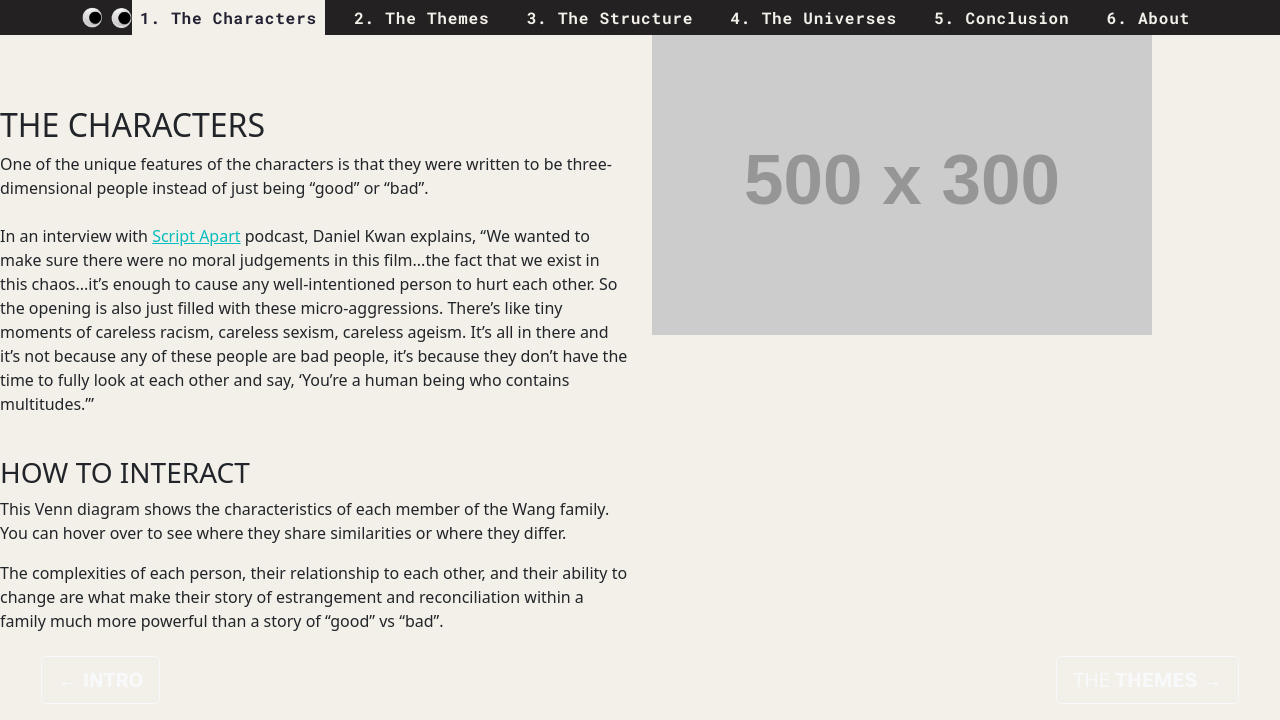
Repository: angelica-hom/msdv-thesis
Page: characters.html
The author's editor kept a record of every edit. The page is drawn from the files as they stood at one moment, then again after the next edit.
The browser window is 1280 px wide. The pictures show the whole page.

Above is the page before.

### characters.html
<!DOCTYPE html>
<html lang="en">
  <head>
    <meta charset="utf-8" />
    <meta name="viewport" content="width=device-width, initial-scale=1" />
    <link
      href="https://cdn.jsdelivr.net/npm/bootstrap@5.1.3/dist/css/bootstrap.min.css"
      rel="stylesheet"
    />
    <link href="characters.css" rel="stylesheet" />
    <title>Decoding Everything Everywhere All at Once</title>
  </head>
  <body>
    <nav class="navbar navbar-expand-lg navbar-custom">
      <div class="container">
        <a class="navbar-brand" href="index.html">
          <img
            src="images/Googly Eyes.png"
            alt="Decoding Everything Everywhere All at Once"
            height="50"
          />
        </a>
        <div class="collapse navbar-collapse" id="navbarNav">
          <ul class="navbar-nav mx-auto">
            <li class="nav-item">
              <!-- Add "btn-characters" class to the "Characters" button -->
              <a class="nav-link btn-selected" href="characters.html"
                >1. The Characters</a
              >
            </li>
            <li class="nav-item">
              <a class="nav-link" href="themes.html">2. The Themes</a>
            </li>
            <li class="nav-item">
              <a class="nav-link" href="structure.html">3. The Structure</a>
            </li>
            <li class="nav-item">
              <a class="nav-link" href="universes.html">4. The Universes</a>
            </li>
            <li class="nav-item">
              <a class="nav-link" href="conclusion.html">5. Conclusion</a>
            </li>
            <li class="nav-item">
              <a class="nav-link" href="about.html">6. About</a>
            </li>
          </ul>
        </div>
      </div>
    </nav>

    <div class="container-fluid">
      <div class="row">
        <div
          class="col-md-6 d-flex flex-column justify-content-center right-section"
        >
          <div id="content">
            <h2>THE <span class="bold">CHARACTERS</span></h2>
            <span class="subheading"
              >One of the unique features of the characters is that they were
              written to be three-dimensional people instead of just being
              “good” or “bad”.</span
            >
            <br /><br />
            <p>
              In an interview with
              <a
                href="https://screencraft.org/blog/script-apart-the-daniels-unpack-everything-everywhere-all-at-once/"
                target="_blank"
                >Script Apart</a
              >
              podcast, Daniel Kwan explains, “We wanted to make sure there were
              no moral judgements in this film...the fact that we exist in this
              chaos...it’s enough to cause any well-intentioned person to hurt
              each other. So the opening is also just filled with these
              micro-aggressions. There’s like tiny moments of careless racism,
              careless sexism, careless ageism. It’s all in there and it’s not
              because any of these people are bad people, it’s because they
              don’t have the time to fully look at each other and say, ‘You’re a
              human being who contains multitudes.’”
            </p>
            <br />
            <h3>HOW TO INTERACT</h3>
            <p>
              This Venn diagram shows the characteristics of each member of the
              Wang family. You can hover over to see where they share
              similarities or where they differ.
            </p>
            <p>
              The complexities of each person, their relationship to each other,
              and their ability to change are what make their story of
              estrangement and reconciliation within a family much more powerful
              than a story of “good” vs “bad”.
            </p>
          </div>
          <div class="nav-sticky-bottom">
            <div class="d-flex justify-content-between">
              <a href="intro.html" class="btn btn-outline-light btn-lg"
                ><span class="button-bold">← INTRO</span></a
              >
              <a href="themes.html" class="btn btn-outline-light btn-lg"
                >THE <span class="button-bold">THEMES →</span></a
              >
            </div>
          </div>
        </div>

        <div class="col-md-6 right-section">
          <img
            src="https://via.placeholder.com/500x300"
            alt="Static image"
            class="img-fluid"
          />
        </div>
      </div>
    </div>

    <script src="characters.js"></script>
    <script src="https://cdn.jsdelivr.net/npm/@popperjs/core@2.11.6/dist/umd/popper.min.js"></script>
    <script src="https://cdn.jsdelivr.net/npm/bootstrap@5.1.3/dist/js/bootstrap.min.js"></script>
    <script src="https://code.highcharts.com/highcharts.js"></script>
    <script src="https://code.highcharts.com/modules/venn.js"></script>
    <script src="https://code.highcharts.com/modules/exporting.js"></script>
    <script src="https://code.highcharts.com/modules/accessibility.js"></script>
  </body>
</html>

### characters.css
@import url('https://fonts.googleapis.com/css2?family=Roboto+Flex:wght@100;200;300;400;500;600;700;800;900;1000&display=swap');
@import url('https://fonts.googleapis.com/css2?family=Roboto+Mono:ital,wght@0,100;0,200;0,300;0,400;0,500;0,600;0,700;1,100;1,200;1,300;1,400;1,500;1,600;1,700&display=swap');

body, html {
    margin: 0;
    height: 100%;
    overflow-x: hidden;
}

.container-fluid {
    height: calc(100% - 35px); /* Subtract navbar height */
    padding: 0;
}

.row {
    height: 100%;
}

/* NAVBAR */
.navbar-custom {
    margin-bottom: 0;
    height: 35px;
    align-items: center; /* Center the navbar content vertically */
    background-color: #232122; /* New navbar background color */
    width: 100%; /* Make the navbar container wider */
    font-family: 'Roboto Mono', monospace; /* Specify the font family */
    font-weight: 700;
}

.navbar-custom .navbar-brand,
.navbar-custom .nav-link {
    color: #F3EFE9;
    padding: 0;
    line-height: 35px;
    font-size: 16px;
    letter-spacing: 0.05em;
    font-family: 'Roboto Mono', monospace;
    margin: 0; /* Add a margin to create more space between nav items */
}

.navbar-custom .navbar-nav {
    flex-grow: 1;
    display: flex;
    justify-content: space-between; /* Spread out the nav items */
}

.navbar-custom .nav-link:hover {
    color: #232122;
    background-color: #F3EFE9; /* New background color on hover */
}

/* Change the background-color and color for the "Characters" button */
.btn-selected {
    background-color: #F3EFE9 !important;
    color: #232133 !important;
}

/*a:focus, a:active, a:hover {*/
/*  outline: none;*/
/*  text-decoration: none;*/
  /*color: #F3EFE9; /* Set the desired color for the links */
/*}*/

/* Change the color of an inactive (unvisited) hyperlink */
a {
    color: #08BDBD; /* Replace with your desired color */
}

/* Change the color of a hyperlink when hovered over */
a:hover {
    color: #5A9; /* Replace with your desired color */
}

/* RIGHT SECTION STYLE */
.right-section {
    background-color: #F3EFE9;
}

/* LEFT SECTION STYLE */
.left-section {
    background-color: #570F31;
    color: #FFF; /* Set text color to white for better contrast */
    justify-content: flex-start!important;
    position: relative;
}

.left-section #content {
    padding: 25px;
}

.left-section #content h2 {
    font-family: 'Roboto Flex', sans-serif;
    font-style: normal;
    font-weight: 200;
    font-size: 45px;
}

.left-section #content .subheading {
    font-family: 'Roboto Flex', sans-serif;
    font-style: normal;
    font-weight: 700;
    font-size: 16px;
}

.left-section #content h3 {
    font-family: 'Roboto Flex', sans-serif;
    font-style: normal;
    font-weight: 700;
    font-size: 16px;
}

@media (max-width: 768px) {
  h2 {
    font-size: 28px;
  }
}

.left-section #content .bold {
    font-weight: 800;
}

.left-section #content p {
    font-family: 'Roboto Mono', monospace;
    font-style: normal;
    font-weight: 400;
    font-size: 15px;
}

.justify-content-between {
    padding: 0px 25px!important;
    font-family: 'Roboto Flex', sans-serif!important;
}

.button-bold {
    font-weight: 800;
}

.nav-sticky-bottom {
    position: absolute;
    bottom: 0;
    left: 0;
    right: 0;
    padding: 1rem;
}

/* VISUALIZATION */
.vertical-center {
  margin: 0;
  position: relative;
  top: 50%;
  -ms-transform: translateY(-50%);
  transform: translateY(-50%);
}

### characters.js
document.addEventListener('keydown', function (event) {
    if (event.code === 'ArrowLeft') {
        window.location.href = 'intro.html';
    }
});

document.addEventListener('keydown', function (event) {
    if (event.code === 'ArrowRight') {
        window.location.href = 'themes.html';
    }
});

After the next edit:
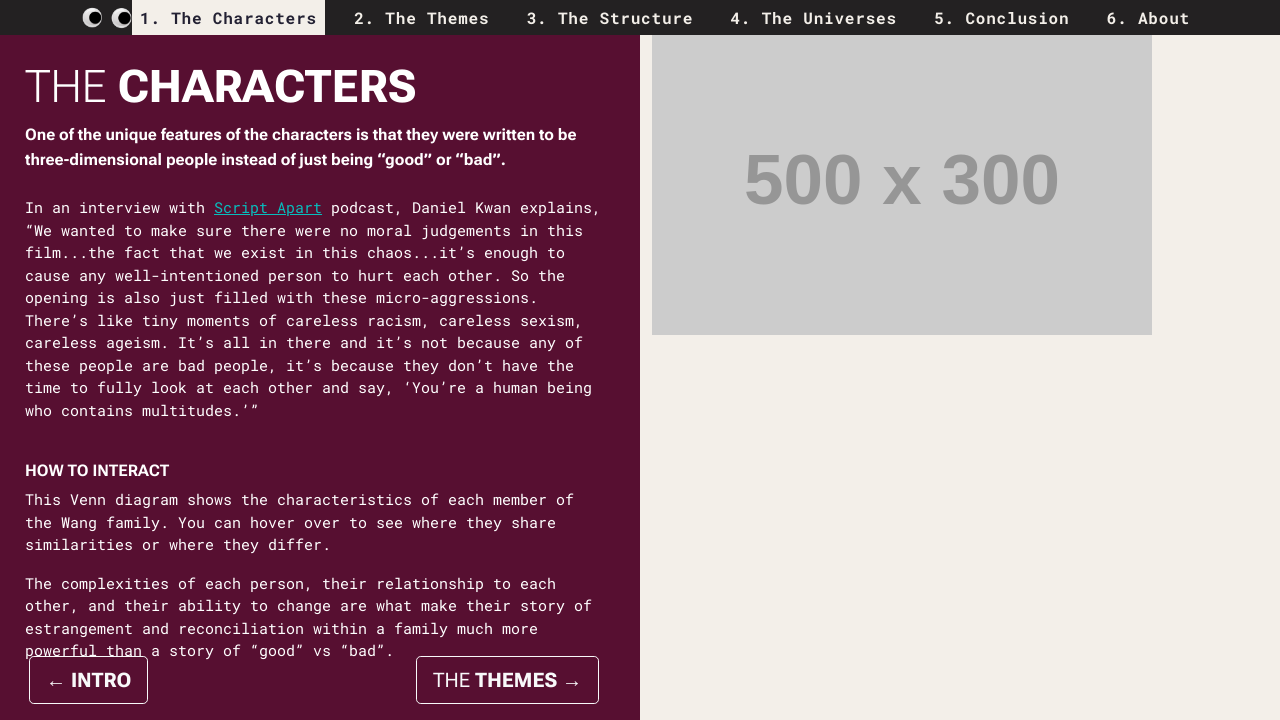
The edit:
--- a/characters.html
+++ b/characters.html
@@ -51,7 +51,7 @@
     <div class="container-fluid">
       <div class="row">
         <div
-          class="col-md-6 d-flex flex-column justify-content-center right-section"
+          class="col-md-6 d-flex flex-column justify-content-center left-section"
         >
           <div id="content">
             <h2>THE <span class="bold">CHARACTERS</span></h2>
